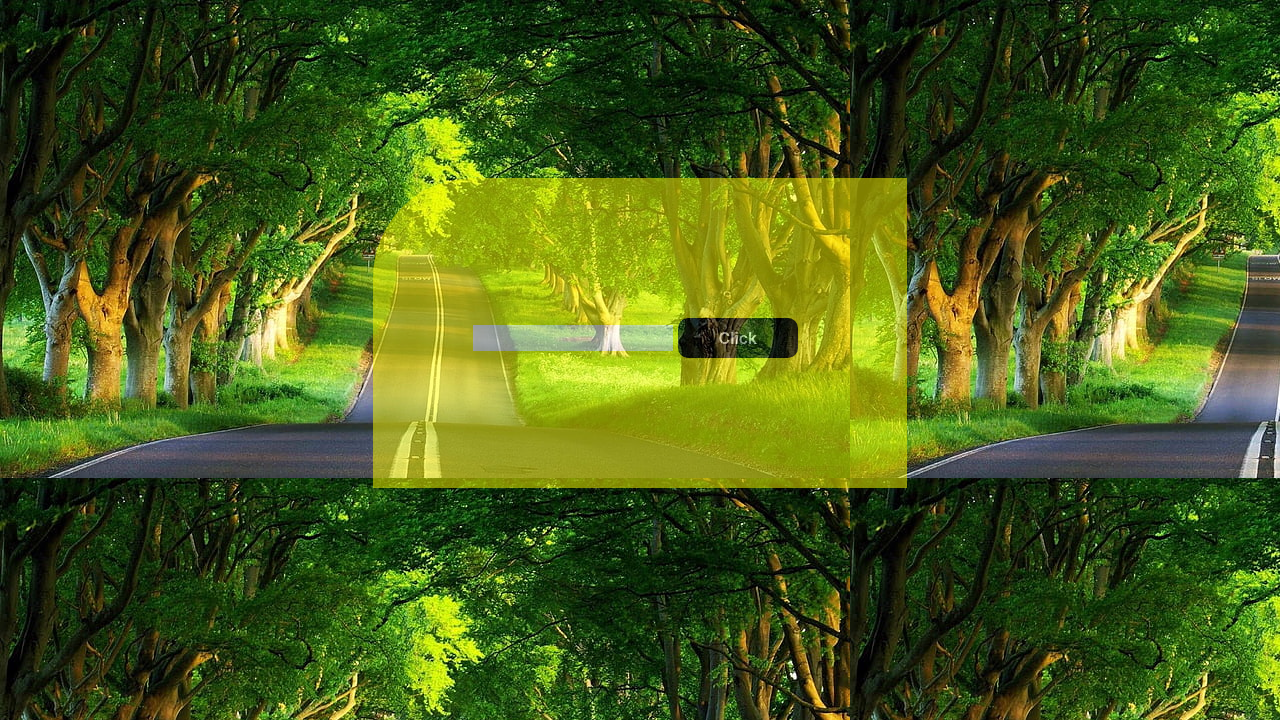
Repository: prashantkumarbind/Hospital-Weather-Concept
Page: http://localhost/weather-app/
The author's editor kept a copy of each file at every save. The page is drawn from the files as they stood at one save, then again after the next save.
The browser window is 1280 px wide. The pictures show the whole page.
The page is served by Tomcat 9.

Above is the page before, as saved 2024-01-19 07:41:40.

After the next save:
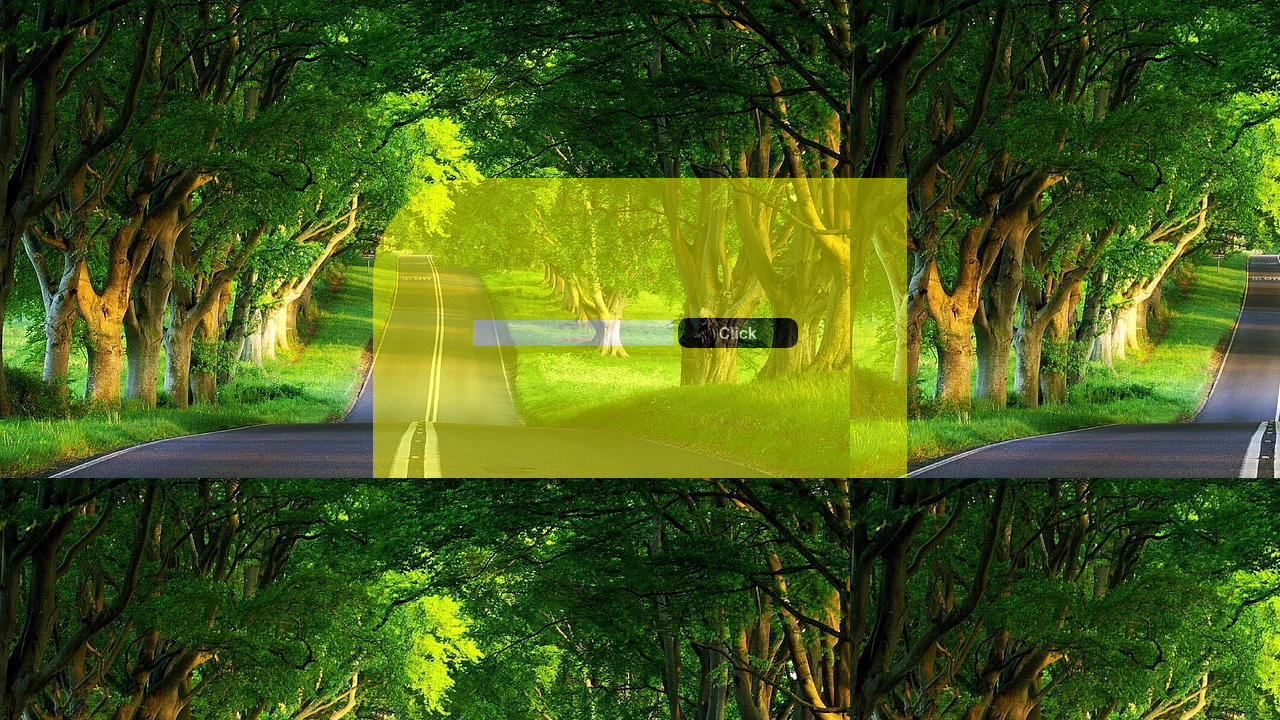
Saved 11 s later.
--- a/weather-app/src/main/webapp/index.jsp
+++ b/weather-app/src/main/webapp/index.jsp
@@ -29,7 +29,7 @@
 		border-radius:10px;
 		font-weight:600;
 		border:none;
-		height:40px;
+		height:30px;
 	}
 	.button-design:hover{
 		background-color:green;
